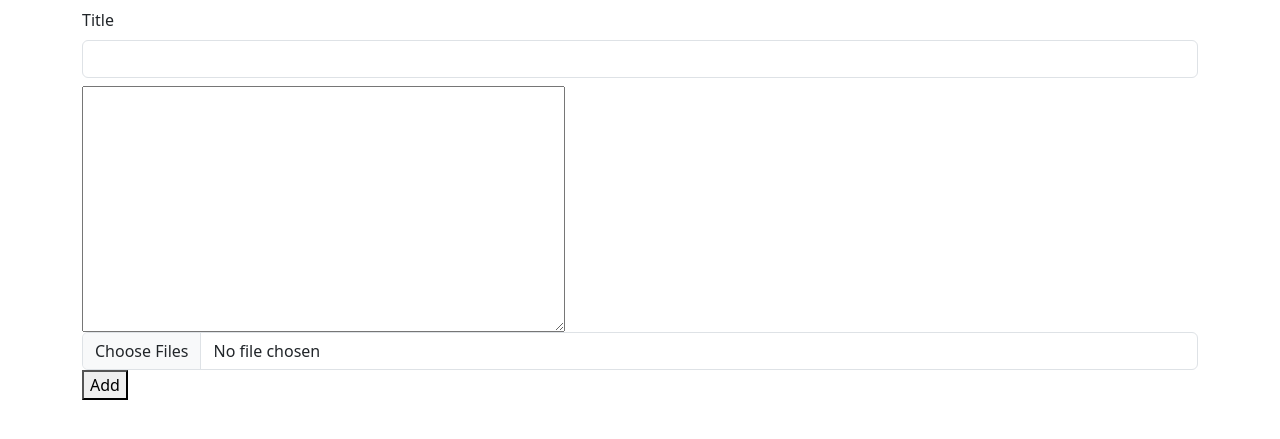
Repository: wasimalbokae2000/blogs
Page: http://localhost/posts/create
An editor plug-in stored every save of this project. The page is shown before and after the next save, followed by the edit.
The browser window is 1280 px wide. The pictures show the whole page.
The page is served by the project's Laravel application, run on PHP 8.4 with Laravel 12. Other server files are loaded and not shown.

Above is the page before, as saved 2024-11-27 23:15:17.

### routes/web.php
<?php

use Illuminate\Support\Facades\Route;
use App\Http\Controllers\PostController;
Route::get('/', function () {
    return view('welcome');
});

Route::get('/posts', [PostController::class, "index"])->name("posts");
Route::get('/posts/create', [PostController::class, "create"] )->name("posts.create");
Route::POST('/posts/store', [PostController::class, "store"] )->name("posts.store");
Route::get('/posts/show/id={id?}', [PostController::class, "show"] )->name("posts.show");
Route::get('/posts/edit/id={id?}', [PostController::class, "edit"] )->name("posts.edit");
Route::POST('/posts/update/id={id?}', [PostController::class, "update"] )->name("posts.update");
Route::get('/posts/delete/id={id?}', [PostController::class, "destroy"] )->name("posts.delete");

### app/Http/Controllers/PostController.php
<?php

namespace App\Http\Controllers;

use App\Models\Post;
use Illuminate\Http\Request;

class PostController extends Controller
{
    /**
     * Display a listing of the resource.
     */
    public function index()
    {
        $posts=Post::all();
        return view("posts.index",compact("posts"));
    }

    /**
     * Show the form for creating a new resource.
     */
    public function create()
    {
        return view("posts.create");
    }

    /**
     * Store a newly created resource in storage.
     */
    public function store(Request $request)
    {

        $arr_images=array();
        if($images=$request->file("image"))
        {
            foreach($images as $image)
            {
                $imgName=$image->getClientOriginalName() . '-'. uniqid() . '.'.$image->getClientOriginalExtension();
                $arr_images[]=$imgName;
                 $image->move(public_path("/images"),$imgName);
            }
            // $imgName=$request->file("image")->getClientOriginalName() . '-'. uniqid() . '.'.$request->file("image")->getClientOriginalExtension();
        }
        $p=Post::create([
            "title"=>$request->title,
            "description"=>$request->description,
            "image"=>implode('|',$arr_images)
            ]);
        if($p)
        return redirect()->route('posts');
        return view("posts.index");
    }

    /**
     * Display the specified resource.
     */
    public function show($id)
    {
        $post=Post::find($id);
        return view("posts.show",compact("post"));
    }
    public function showForEdit($id)
    {

    }

    /**
     * Show the form for editing the specified resource.
     */
    public function edit($id)
    {
        $post=Post::find($id);
        return view("posts.edit",compact("post"));
    }

    /**
     * Update the specified resource in storage.
     */
    public function update(Request $request, $id)
    {
        $post=POST::find($id);
        $post->title=$request->title;
        $post->description=$request->description;
        if($request->hasFile("image"))
        {
            $imgName=$request->file("image")->getClientOriginalName() . '-'. uniqid() . '.'.$request->file("image")->getClientOriginalExtension();
           $request->file("image")->move(public_path("/images"),$imgName);
           $post->image=$imgName;
        }
        $post->save();
        return redirect()->route('posts');
    }

    /**
     * Remove the specified resource from storage.
     */
    public function destroy($id)
    {
        $post = Post::find($id);
        $post->delete();
        return redirect()->route('posts');
    }
}

### resources/views/posts/create.blade.php
<link href="https://cdn.jsdelivr.net/npm/bootstrap@5.3.3/dist/css/bootstrap.min.css" rel="stylesheet" integrity="sha384-QWTKZyjpPEjISv5WaRU9OFeRpok6YctnYmDr5pNlyT2bRjXh0JMhjY6hW+ALEwIH" crossorigin="anonymous">

<div class="container">
    <form action="{{ route("posts.store") }}" enctype="multipart/form-data" method="POST">
        @method("POST")
        @csrf
        <div class="mt-2 mb-2">
            <label for="title" class="form-label">Title</label>
            <input  class="form-control" id="title" >
        </div>
        <textarea name="description" cols="50" rows="10"></textarea>
        <input class="form-control" type="file" name="image[]" multiple>
        <button type="submit">Add</button>
    </form>
</div>

<script src="https://cdn.jsdelivr.net/npm/bootstrap@5.3.3/dist/js/bootstrap.bundle.min.js" integrity="sha384-YvpcrYf0tY3lHB60NNkmXc5s9fDVZLESaAA55NDzOxhy9GkcIdslK1eN7N6jIeHz" crossorigin="anonymous"></script>

Loaded but not shown: app/Http/Controllers/Controller.php (common file)

After the next save:
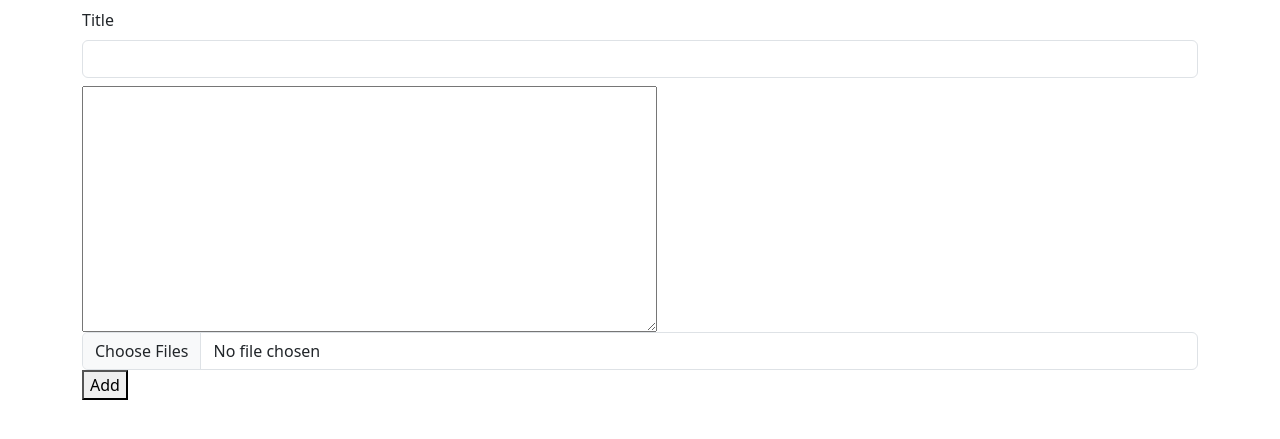
Saved 5 s later.
--- a/resources/views/posts/create.blade.php
+++ b/resources/views/posts/create.blade.php
@@ -8,7 +8,7 @@
             <label for="title" class="form-label">Title</label>
             <input  class="form-control" id="title" >
         </div>
-        <textarea name="description" cols="50" rows="10"></textarea>
+        <textarea name="description" cols="60" rows="10"></textarea>
         <input class="form-control" type="file" name="image[]" multiple>
         <button type="submit">Add</button>
     </form>
